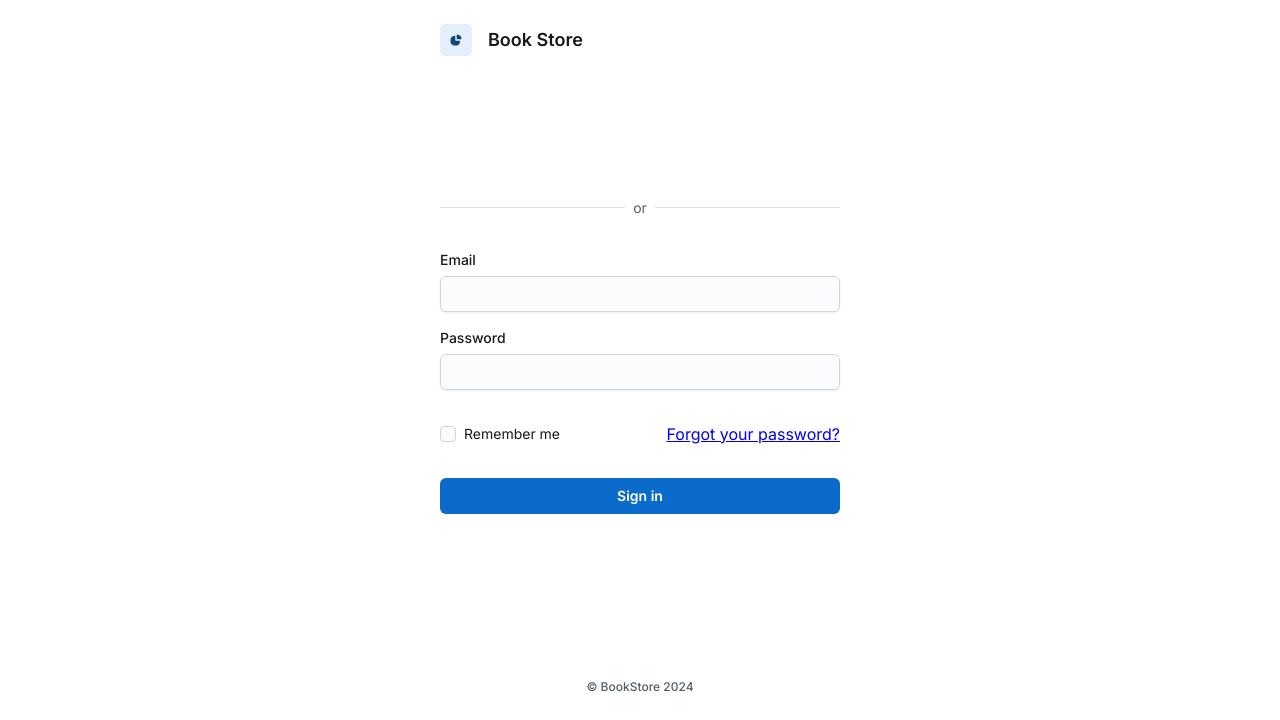
Repository: LaurentiusKevin/bookstore-fe
Page: /auth/login
An editor plug-in stored every save of this project. The page is shown before and after the next save, followed by the edit.
The browser window is 1280 px wide. The pictures show the whole page.
The project was rebuilt for these pictures with package versions that can differ from the ones it lists, and the page was loaded fresh each time. The framework's server and built-in components were replaced by stand-ins that run in the browser. Also part of the build but not shown: next.config.mjs.

Above is the page before, as saved 2024-04-07 00:55:15.

### src/app/layout.tsx
import type { Metadata } from "next";
import { Inter } from "next/font/google";
import "@fontsource/inter";
import ThemeRegistry from "@/components/admin/theme-registry";
import { Providers } from "@/providers";
import { ReactNode } from "react";

const inter = Inter({ subsets: ["latin"] });

export const metadata: Metadata = {
  title: "Create Next App",
  description: "Generated by create next app",
};

export default function RootLayout({
  children,
}: Readonly<{
  children: ReactNode;
}>) {
  return (
    <html lang="en">
      <body>
        <ThemeRegistry options={{ key: "joy" }}>
          <Providers>{children}</Providers>
        </ThemeRegistry>
      </body>
    </html>
  );
}

### src/app/auth/login/page.tsx
"use client";

import {
  Box,
  Button,
  Checkbox,
  CssBaseline,
  CssVarsProvider,
  Divider,
  FormControl,
  FormLabel,
  formLabelClasses,
  GlobalStyles,
  IconButton,
  Input,
  Stack,
  Typography,
} from "@mui/joy";
import { HiMiniChartPie } from "react-icons/hi2";
import Link from "next/link";
import { BsGoogle } from "react-icons/bs";
import { useRouter } from "next/navigation";
import { useForm } from "react-hook-form";
import SnackbarCustom from "@/components/snackbar-custom";
import { useState } from "react";

interface FormData {
  email: string;
  password: string;
}

export default function AuthSignIn() {
  const route = useRouter();
  const [snackbarOpen, setSnackbarOpen] = useState(false);
  const [snackbarColor, setSnackbarColor] = useState("");
  const [snackbarContent, setSnackbarContent] = useState("");

  const {
    register,
    handleSubmit,
    watch,
    setValue,
    resetField,
    formState: { errors },
  } = useForm<FormData>();

  const onSignIn = (data: FormData) => {
    // void authMutation.mutate(data);
  };

  return (
    <CssVarsProvider defaultMode="dark" disableTransitionOnChange>
      <CssBaseline />
      <GlobalStyles
        styles={{
          ":root": {
            "--Collapsed-breakpoint": "769px", // form will stretch when viewport is below `769px`
            "--Cover-width": "50vw", // must be `vw` only
            "--Form-maxWidth": "800px",
            "--Transition-duration": "0.4s", // set to `none` to disable transition
          },
        }}
      />
      <Box
        sx={(theme) => ({
          transition: "width var(--Transition-duration)",
          transitionDelay: "calc(var(--Transition-duration) + 0.1s)",
          position: "relative",
          zIndex: 1,
          display: "flex",
          justifyContent: "center",
          backdropFilter: "blur(12px)",
          backgroundColor: "rgba(255 255 255 / 0.2)",
          [theme.getColorSchemeSelector("dark")]: {
            backgroundColor: "rgba(19 19 24 / 0.4)",
          },
        })}
      >
        <Box
          sx={{
            display: "flex",
            flexDirection: "column",
            minHeight: "100dvh",
            maxWidth: "100%",
            px: 2,
          }}
        >
          <Box
            component="header"
            sx={{
              py: 3,
              display: "flex",
              alignItems: "left",
              justifyContent: "space-between",
            }}
          >
            <Box sx={{ gap: 2, display: "flex", alignItems: "center" }}>
              <IconButton variant="soft" color="primary" size="sm">
                <HiMiniChartPie />
              </IconButton>
              <Typography level="title-lg">Book Store</Typography>
            </Box>
            {/*<ColorSchemeToggle />*/}
          </Box>
          <Box
            component="main"
            sx={{
              my: "auto",
              py: 2,
              pb: 5,
              display: "flex",
              flexDirection: "column",
              gap: 2,
              width: 400,
              maxWidth: "100%",
              mx: "auto",
              borderRadius: "sm",
              "& form": {
                display: "flex",
                flexDirection: "column",
                gap: 2,
              },
              [`& .${formLabelClasses.asterisk}`]: {
                visibility: "hidden",
              },
            }}
          >
            <Divider
              sx={(theme) => ({
                [theme.getColorSchemeSelector("light")]: {
                  color: { xs: "#FFF", md: "text.tertiary" },
                  "--Divider-lineColor": {
                    xs: "#FFF",
                    md: "var(--joy-palette-divider)",
                  },
                },
              })}
            >
              or
            </Divider>
            <Stack gap={4} sx={{ mt: 2 }}>
              <form onSubmit={handleSubmit(onSignIn)}>
                <FormControl required>
                  <FormLabel>Email</FormLabel>
                  <Input
                    {...register("email", { required: "Required!" })}
                    type="email"
                    name="email"
                  />
                </FormControl>
                <FormControl required>
                  <FormLabel>Password</FormLabel>
                  <Input
                    {...register("password", { required: "Required!" })}
                    type="password"
                    name="password"
                  />
                </FormControl>
                <Stack gap={4} sx={{ mt: 2 }}>
                  <Box
                    sx={{
                      display: "flex",
                      justifyContent: "space-between",
                      alignItems: "center",
                    }}
                  >
                    <Checkbox size="sm" label="Remember me" name="persistent" />
                    <Link href="#replace-with-a-link">
                      Forgot your password?
                    </Link>
                  </Box>
                  <Button type="submit" fullWidth>
                    Sign in
                  </Button>
                </Stack>
              </form>
            </Stack>
          </Box>
          <Box component="footer" sx={{ py: 3 }}>
            <Typography level="body-xs" textAlign="center">
              © BookStore {new Date().getFullYear()}
            </Typography>
          </Box>
        </Box>
      </Box>
      <SnackbarCustom
        autoHideDuration={5000}
        variant="soft"
        onClose={() => setSnackbarOpen(false)}
        open={snackbarOpen}
      >
        {snackbarContent}
      </SnackbarCustom>
    </CssVarsProvider>
  );
}

### src/components/admin/theme-registry.tsx
"use client";
import createCache from "@emotion/cache";
import { useServerInsertedHTML } from "next/navigation";
import { CacheProvider } from "@emotion/react";
import { CssVarsProvider } from "@mui/joy/styles";
import CssBaseline from "@mui/joy/CssBaseline";
import * as React from "react";
import { ReactNode } from "react";

// This implementation is from emotion-js
// https://github.com/emotion-js/emotion/issues/2928#issuecomment-1319747902
export default function ThemeRegistry(props: {
  options: { key: string };
  children: ReactNode;
}) {
  const { options, children } = props;

  const [{ cache, flush }] = React.useState(() => {
    const cache = createCache(options);
    cache.compat = true;
    const prevInsert = cache.insert;
    let inserted: string[] = [];
    cache.insert = (...args) => {
      const serialized = args[1];
      if (cache.inserted[serialized.name] === undefined) {
        inserted.push(serialized.name);
      }
      return prevInsert(...args);
    };
    const flush = () => {
      const prevInserted = inserted;
      inserted = [];
      return prevInserted;
    };
    return { cache, flush };
  });

  useServerInsertedHTML(() => {
    const names = flush();
    if (names.length === 0) {
      return null;
    }
    let styles = "";
    for (const name of names) {
      styles += cache.inserted[name];
    }
    return (
      <style
        key={cache.key}
        data-emotion={`${cache.key} ${names.join(" ")}`}
        dangerouslySetInnerHTML={{
          __html: styles,
        }}
      />
    );
  });

  return (
    <CacheProvider value={cache}>
      <CssVarsProvider>
        {/* the custom theme is optional */}
        <CssBaseline />
        {children}
      </CssVarsProvider>
    </CacheProvider>
  );
}

### src/providers.tsx
"use client";

import React, { ReactNode } from "react";

export function Providers({ children }: { children: ReactNode }) {
  return <>{children}</>;
}

### src/components/snackbar-custom.tsx
import { Snackbar, SnackbarProps } from "@mui/joy";
import { UseSnackbarParameters } from "@mui/base";
import { ReactNode } from "react";

interface SnackbarCustomInterface extends UseSnackbarParameters {
  children: ReactNode;
}

export default function SnackbarCustom({
  autoHideDuration,
  open,
  onClose,
  color,
  variant,
  children,
}: SnackbarCustomInterface & SnackbarProps) {
  return (
    <Snackbar
      autoHideDuration={autoHideDuration}
      open={open}
      onClose={onClose}
      color={color}
      variant={variant}
    >
      {children}
    </Snackbar>
  );
}

After the next save:
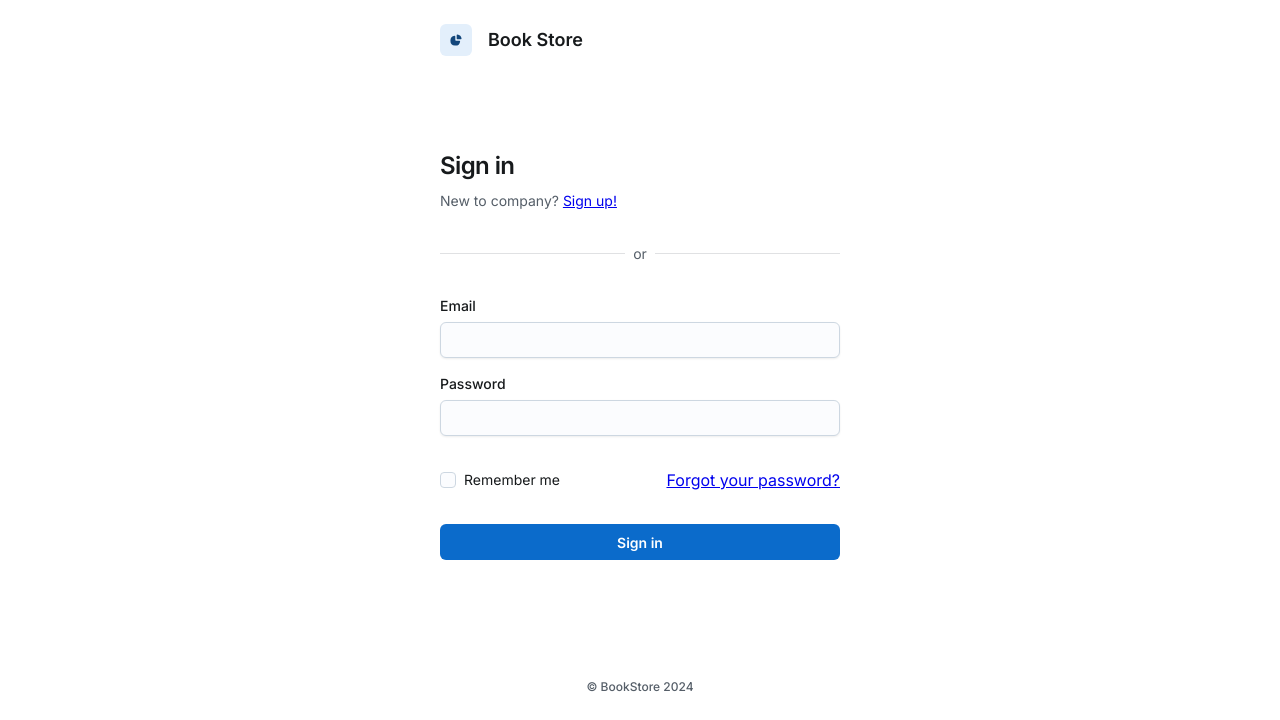
Saved 7 s later.
--- a/src/app/auth/login/page.tsx
+++ b/src/app/auth/login/page.tsx
@@ -125,6 +125,15 @@ export default function AuthSignIn() {
               },
             }}
           >
+            <Stack gap={4} sx={{ mb: 2 }}>
+              <Stack gap={1}>
+                <Typography level="h3">Sign in</Typography>
+                <Typography level="body-sm">
+                  New to company?{" "}
+                  <Link href="#replace-with-a-link">Sign up!</Link>
+                </Typography>
+              </Stack>
+            </Stack>
             <Divider
               sx={(theme) => ({
                 [theme.getColorSchemeSelector("light")]: {
